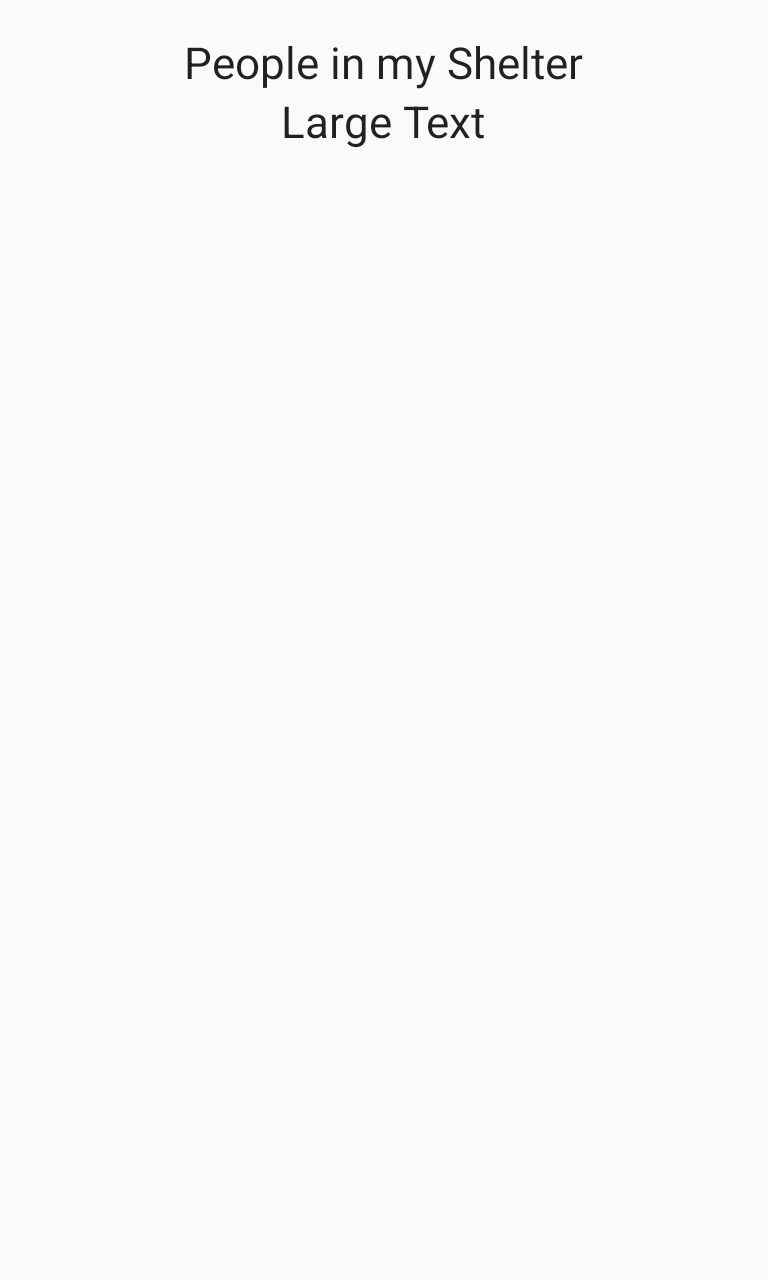
Repository: ckskylight/HackMIT-2014
Layout: HelpMe/res/layout/activity_shelter.xml
An editor plug-in stored every save of this project. The layout is shown before and after the next save, followed by the edit.
It is drawn on a 768 x 1280 px phone screen (xhdpi) without system bars, with theme AppTheme; the app's code is not run.

Above is the layout before, as saved 2014-10-05 10:03:24.

After the next save:
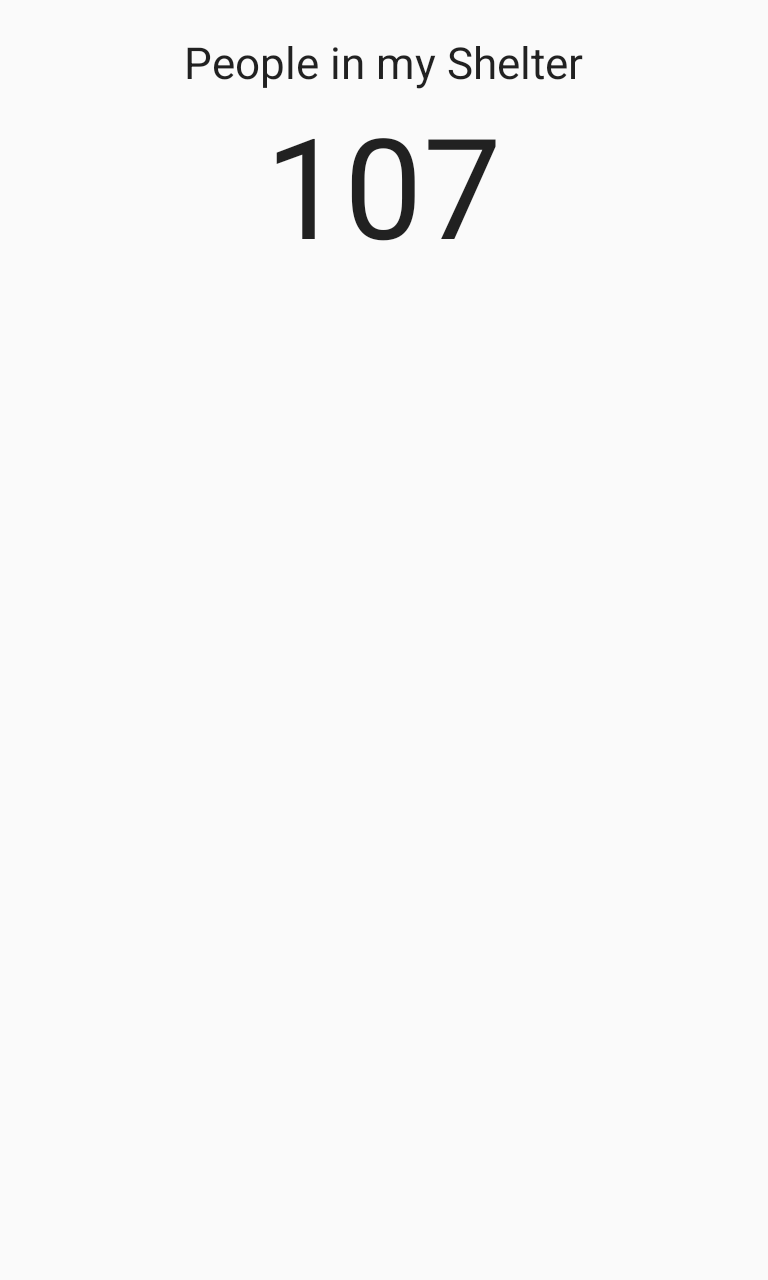
Saved 39 s later.
--- a/HelpMe/res/layout/activity_shelter.xml
+++ b/HelpMe/res/layout/activity_shelter.xml
@@ -22,7 +22,8 @@
         android:id="@+id/textView2"
         android:layout_width="wrap_content"
         android:layout_height="wrap_content"
-        android:text="Large Text"
-        android:textAppearance="?android:attr/textAppearanceLarge" />
+        android:text="@string/num_people"
+        android:textAppearance="?android:attr/textAppearanceLarge"
+        android:textSize="70sp" />
 
 </LinearLayout>
